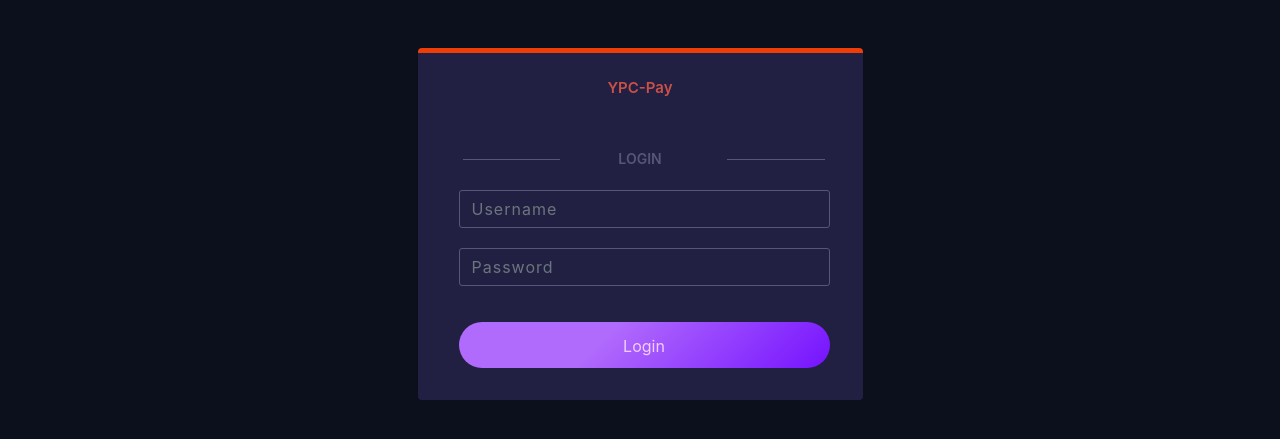
Repository: imamarin/ypcpay
Page: http://localhost/
An editor plug-in stored every save of this project. The page is shown before and after the next save, followed by the edit.
The browser window is 1280 px wide. The pictures show the whole page.
Some web libraries are served in a nearby version. The page is served by the project's Laravel application, run on PHP 8.4 with Laravel 8. Other server files are loaded and not shown.

Above is the page before, as saved 2022-05-20 13:58:58.
Console error: TypeError: Cannot read properties of undefined (reading 'fn')

### resources/views/login.blade.php
<!DOCTYPE html>
<html lang="{{ str_replace('_', '-', app()->getLocale()) }}">
    <head>
        <meta charset="utf-8">
        <meta name="viewport" content="width=device-width, initial-scale=1">

        <title>Laravel</title>

        <!-- Fonts -->
        <link href="https://stackpath.bootstrapcdn.com/bootstrap/4.3.1/css/bootstrap.min.css" rel="stylesheet">
        <link href="https://use.fontawesome.com/releases/v5.7.2/css/all.css" rel="stylesheet">
        <script src="https://stackpath.bootstrapcdn.com/bootstrap/4.3.1/js/bootstrap.bundle.min.js"></script>
        <script src="https://cdnjs.cloudflare.com/ajax/libs/jquery/3.2.1/jquery.min.js"></script>

        <style>
            body{
                background-color: #0c101d;
            }
            .card{
                border: none;
                border-top: 5px solid  rgb(238, 61, 7);
                background: #212042;
                color: #57557A;
            }
            p{
                font-weight: 600;
                font-size: 15px;
            }
            .fab{
                display: flex;
                justify-content: center;
                align-items: center;
                border: none;
                background: #2A284D;
                height: 40px;
                width: 90px;
            }
            .fab:hover{
                cursor: pointer;
            }
            .fa-twitter{
                color: #56ABEC;
            }
            .fa-facebook{
                color: #1775F1;
            }
            .fa-google{
                color: #CB5048;
            }
            .division{
                float: none;
                position: relative;
                margin: 30px auto 20px;
                text-align: center;
                width: 100%;
                box-sizing: border-box;
            }
            .division .line{
                border-top: 1.5px solid #57557A;;
                position: absolute;
                top: 13px;
                width: 85%;
            }
            .line.l{
                left: 52px;
            }
            .line.r{
                right: 45px;

            }
            .division span{
                font-weight: 600;
                font-size: 14px;
            }
            .myform{
                padding: 0 25px 0 33px;
            }
            .form-control{
                border: 1px solid #57557A;
                border-radius: 3px;
                background: #212042;
                margin-bottom: 20px;
                letter-spacing: 1px;

            }
            .form-control:focus{
                border: 1px solid #57557A;
                border-radius: 3px;
                box-shadow: none;
                background: #212042;
                color: #fff;
                letter-spacing: 1px;
            }
            .bn{
                text-decoration: underline;
            }
            .bn:hover{
                cursor: pointer;
            }
            .form-check-input {
                margin-top: 8px!important;
                }
            .btn-primary{
            background: linear-gradient(135deg, rgba(176,106,252,1) 39%,rgba(116,17,255,1) 101%);
            border: none;
            border-radius: 50px;
            }
            .btn-primary:focus{
                box-shadow: none;
                border: none;
            }
            small{
                color: #F2CEFF;
            }
            .far.fa-user{
                font-size: 13px;
            }

            @media(min-width: 767px){
                .bn{
                    text-align: right;
                }
            }
            @media(max-width: 767px){
                .form-check{
                    text-align: center;
                }
                .bn{
                    text-align: center;
                    align-items: center;
                }
            }
            @media(max-width: 450px){
                .fab{
                    width: 100%;
                    height: 100%;
                }
                .division .line{
                    width: 50%;
                }
            }
        </style>
    </head>
    <body>
        <div class="container">
            <div class="row d-flex justify-content-center mt-5">
                <div class="col-12 col-md-8 col-lg-6 col-xl-5">
                    <div class="card py-3 px-2">
                        <p class="text-center mb-3 mt-2" style="color: #CB5048">YPC-Pay</p>
                        {{-- <div class="row mx-auto ">
                            <div class="col-4">
                                <i class="fab fa-twitter"></i>
                            </div>
                            <div class="col-4">
                                <i class="fab fa-facebook"></i>
                            </div>
                            <div class="col-4">
                                <i class="fab fa-google"></i>
                            </div>
                        </div> --}}
                        <div class="division">
                            <div class="row">
                                <div class="col-3"><div class="line l"></div></div>
                                <div class="col-6"><span>LOGIN</span></div>
                                <div class="col-3"><div class="line r"></div></div>
                            </div>
                        </div>
                        <form class="myform">
                            <div class="form-group">
                                <input type="email" class="form-control" placeholder="Username">
                              </div>
                             <div class="form-group">
                                <input type="password" class="form-control" placeholder="Password">
                              </div>
                              <div class="row">
                                  <div class="col-md-6 col-12">
                                      {{-- <div class="form-group form-check">
                                        <input type="checkbox" class="form-check-input" id="exampleCheck1">
                                        <label class="form-check-label" for="exampleCheck1">Rester connecte</label>
                                      </div> --}}
                                  </div>
                                  {{-- <div class="col-md-6 col-12 bn">Mot se passe oublie</div> --}}
                              </div>
                              <div class="form-group mt-3">
                                  <button type="button" class="btn btn-block btn-primary btn-lg"><small>Login</small></button>
                              </div>
                        </form>
                    </div>
                </div>
            </div>
        </div>
    </body>
</html>

Loaded but not shown: routes/web.php (common file)

After the next save:
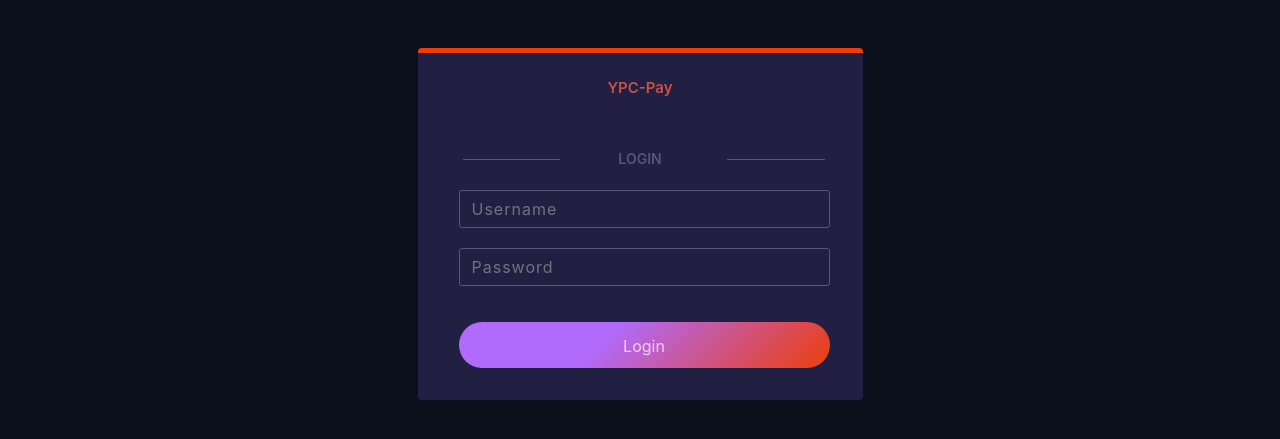
Saved 43 s later.
--- a/resources/views/login.blade.php
+++ b/resources/views/login.blade.php
@@ -101,7 +101,7 @@
                 margin-top: 8px!important;
                 }
             .btn-primary{
-            background: linear-gradient(135deg, rgba(176,106,252,1) 39%,rgba(116,17,255,1) 101%);
+            background: linear-gradient(135deg, rgba(176,106,252,1) 39%, rgb(238, 61, 7) 101%);
             border: none;
             border-radius: 50px;
             }
